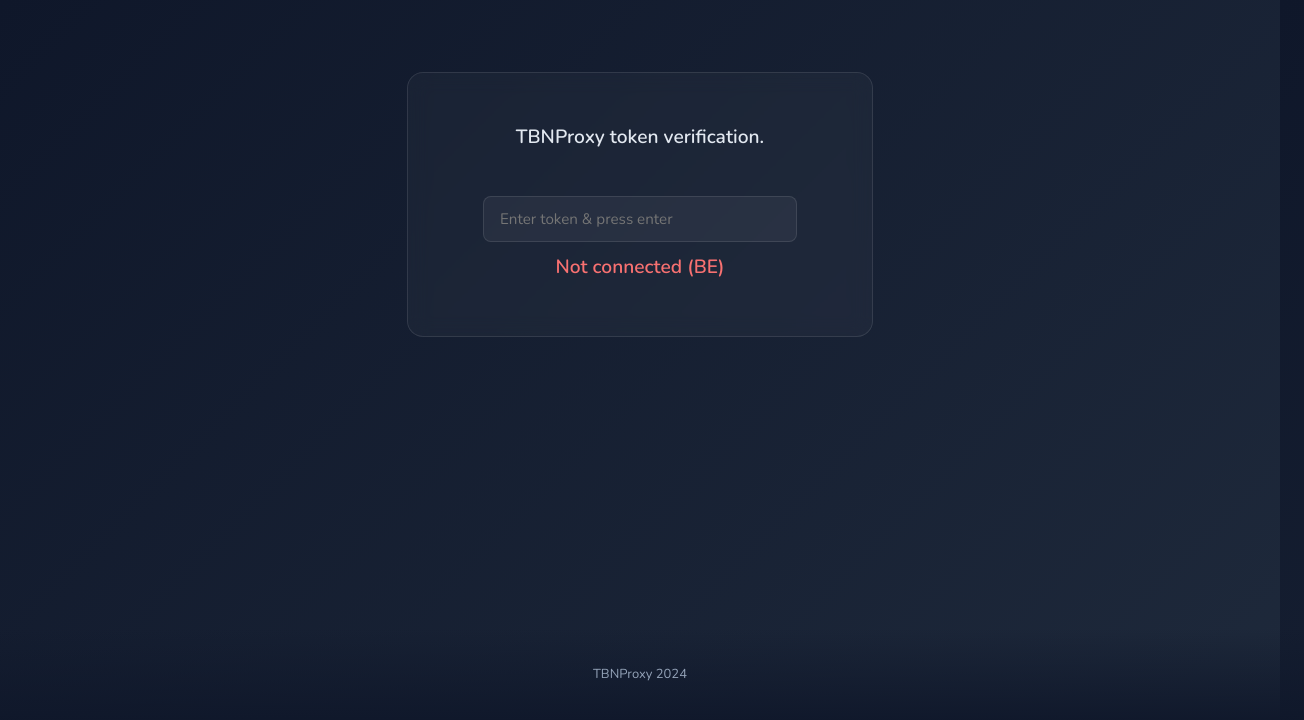
Repository: txdr/TBNProxyJS
Page: smdjd/desktop-views/index.html
These files come from the project's save history. The page is drawn as it stood at one moment and after the next save; the edit follows.
The browser window is 1280 px wide. The page is 1304 px wide, then 1280 px, so the pictures cover 1304 px, including what lies to the right of the window. The pictures show the whole page.
The page's requests for data from a server got no answer.

Above is the page before, as saved 2025-01-07 16:43:41.
Console error: TypeError: Cannot read properties of undefined (reading 'value')

After the next save:
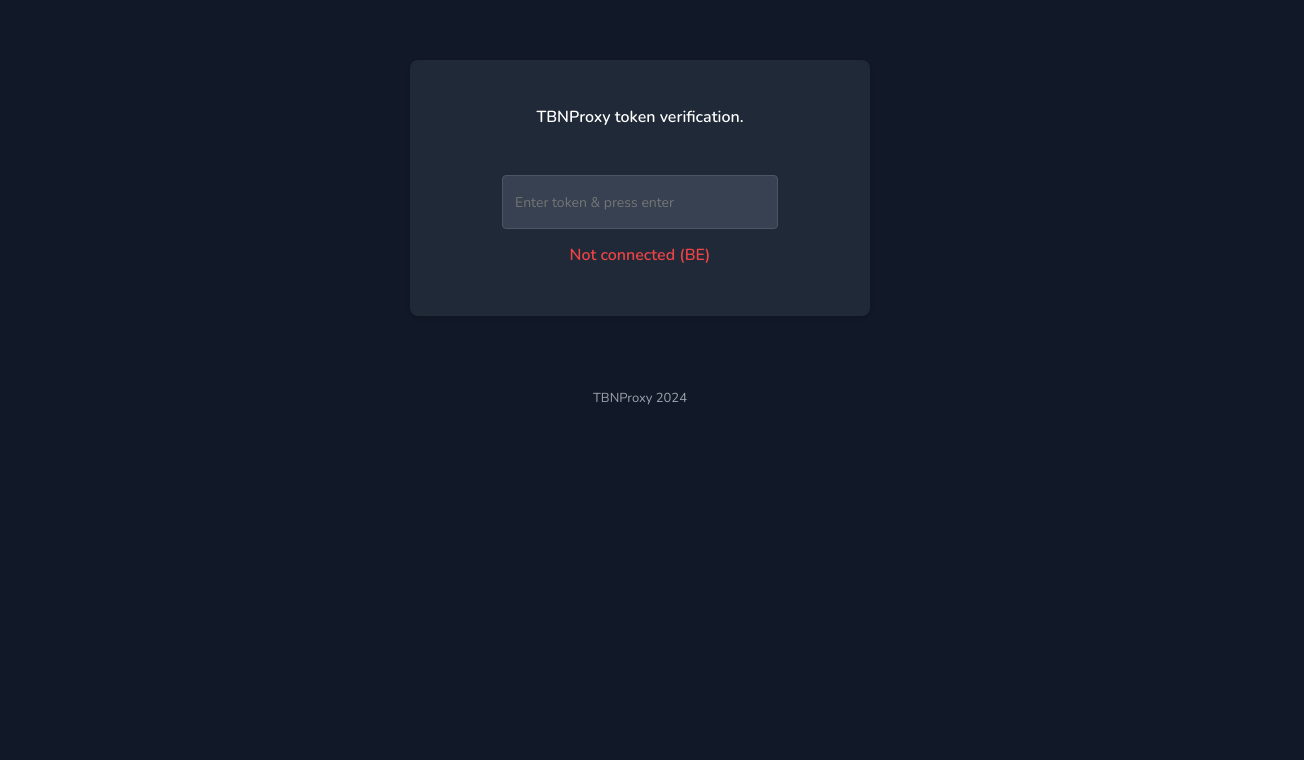
Saved 42 s later.
--- a/smdjd/desktop-views/css/style.css
+++ b/smdjd/desktop-views/css/style.css
@@ -1,165 +1,143 @@
 body {
-    background: linear-gradient(135deg, #0f172a 0%, #1e293b 100%);
+    background: #111827;
     margin: 0;
     min-height: 100vh;
     font-family: "Nunito", sans-serif;
-    color: #e2e8f0;
-    display: flex;
-    flex-direction: column;
-    align-items: center;
+    color: #ffffff;
+    padding: 20px;
 }
 
 .infoBox {
-    background: rgba(255, 255, 255, 0.03);
-    backdrop-filter: blur(10px);
-    border: 1px solid rgba(255, 255, 255, 0.1);
-    border-radius: 16px;
-    padding: 24px;
-    margin: 12px;
-    width: 300px;
-    height: auto;
-    min-height: 200px;
-    transition: all 0.3s ease;
-    position: relative;
-    overflow: hidden;
-}
-
-.infoBox::before {
-    content: '';
-    position: absolute;
-    top: 0;
-    left: 0;
-    right: 0;
-    height: 1px;
-    background: linear-gradient(90deg, transparent, rgba(255, 255, 255, 0.1), transparent);
+    background: #1f2937;
+    border-radius: 8px;
+    padding: 20px;
+    margin-bottom: 20px;
+    width: 100%;
+    box-shadow: 0 2px 4px rgba(0, 0, 0, 0.1);
+    text-align: center;
 }
 
 .infoBox p {
-    margin: 8px 0;
-    font-size: 0.95rem;
-    color: #94a3b8;
+    margin: 10px 0;
+    font-size: 14px;
+    color: #d1d5db;
 }
 
 .infoBox p[style*="font-size: 20px"] {
-    font-size: 1.25rem !important;
+    font-size: 18px !important;
     font-weight: 600;
-    color: #e2e8f0;
-    margin-bottom: 16px;
+    color: #ffffff;
+    margin-bottom: 15px;
 }
 
 .infoBox hr {
     border: none;
     height: 1px;
-    background: linear-gradient(90deg, transparent, rgba(255, 255, 255, 0.1), transparent);
-    margin: 16px 0;
+    background: #374151;
+    margin: 15px auto;
+    width: 100%;
 }
 
 button {
-    background: linear-gradient(135deg, #3b82f6 0%, #2563eb 100%);
+    background: #2563eb;
     color: white;
     border: none;
-    border-radius: 8px;
-    padding: 10px 20px;
+    border-radius: 4px;
+    padding: 8px 16px;
     font-family: "Nunito", sans-serif;
     font-weight: 600;
-    font-size: 0.9rem;
+    font-size: 14px;
     cursor: pointer;
-    transition: all 0.2s ease;
-    width: auto;
-    min-width: 140px;
+    width: 120px;
+    height: 36px;
+    display: inline-block;
+    text-align: center;
 }
 
 button:hover {
-    transform: translateY(-2px);
-    box-shadow: 0 4px 12px rgba(37, 99, 235, 0.2);
+    background: #1d4ed8;
 }
 
 #token {
-    margin-top: 10vh;
+    max-width: 400px;
+    margin: 40px auto;
     text-align: center;
-    width: 90%;
-    max-width: 400px;
-    background: rgba(255, 255, 255, 0.03);
-    backdrop-filter: blur(10px);
-    border: 1px solid rgba(255, 255, 255, 0.1);
-    border-radius: 16px;
-    padding: 32px;
+    background: #1f2937;
+    padding: 30px;
+    border-radius: 8px;
+    box-shadow: 0 2px 4px rgba(0, 0, 0, 0.1);
 }
 
 #token p {
-    font-size: 1.2rem;
+    font-size: 16px;
     font-weight: 600;
-    margin-bottom: 24px;
+    margin-bottom: 20px;
 }
 
 input, select {
-    background: rgba(255, 255, 255, 0.05);
-    border: 1px solid rgba(255, 255, 255, 0.1);
-    border-radius: 8px;
-    padding: 12px 16px;
+    background: #374151;
+    border: 1px solid #4b5563;
+    border-radius: 4px;
+    padding: 8px 12px;
     width: 100%;
-    max-width: 280px;
-    color: #e2e8f0;
+    max-width: 250px;
+    height: 36px;
+    color: white;
     font-family: "Nunito", sans-serif;
-    font-size: 0.95rem;
-    transition: all 0.2s ease;
+    font-size: 14px;
+    margin: 5px 0;
 }
 
 input:focus, select:focus {
     outline: none;
-    border-color: rgba(59, 130, 246, 0.5);
-    box-shadow: 0 0 0 2px rgba(59, 130, 246, 0.2);
+    border-color: #2563eb;
 }
 
 #verification-error {
-    color: #f87171;
-    font-size: 0.9rem;
-    margin-top: 12px;
+    color: #ef4444;
+    font-size: 14px;
+    margin-top: 10px;
 }
 
 #home {
     display: none;
     grid-template-columns: repeat(auto-fit, minmax(300px, 1fr));
-    gap: 24px;
-    max-width: 1200px;
-    width: 90%;
-    margin: 48px auto;
-    padding: 0 24px;
+    gap: 20px;
+    max-width: 1000px;
+    margin: 0 auto;
 }
 
 #proxyStatus {
     font-weight: 600;
-    margin-top: 16px;
+    margin-top: 15px;
 }
 
 #proxyStatus[style*="color: red"] {
-    color: #f87171 !important;
+    color: #ef4444 !important;
 }
 
 #proxyStatus[style*="color: green"] {
-    color: #4ade80 !important;
+    color: #22c55e !important;
 }
 
 #serverInfo {
-    font-size: 0.9rem;
-    color: #94a3b8;
-    margin: 12px 0;
+    font-size: 14px;
+    color: #9ca3af;
+    margin: 10px 0;
 }
 
 #openLink {
-    background: linear-gradient(135deg, #8b5cf6 0%, #6d28d9 100%);
+    background: #6366f1;
 }
 
 #openLink:hover {
-    box-shadow: 0 4px 12px rgba(139, 92, 246, 0.2);
+    background: #4f46e5;
 }
 
 .footer {
-    margin-top: auto;
-    padding: 24px;
-    width: 100%;
     text-align: center;
-    background: linear-gradient(0deg, rgba(15, 23, 42, 0.9) 0%, transparent 100%);
-    color: #94a3b8;
-    font-size: 0.9rem;
+    padding: 20px;
+    color: #9ca3af;
+    font-size: 14px;
+    margin-top: 40px;
 }
